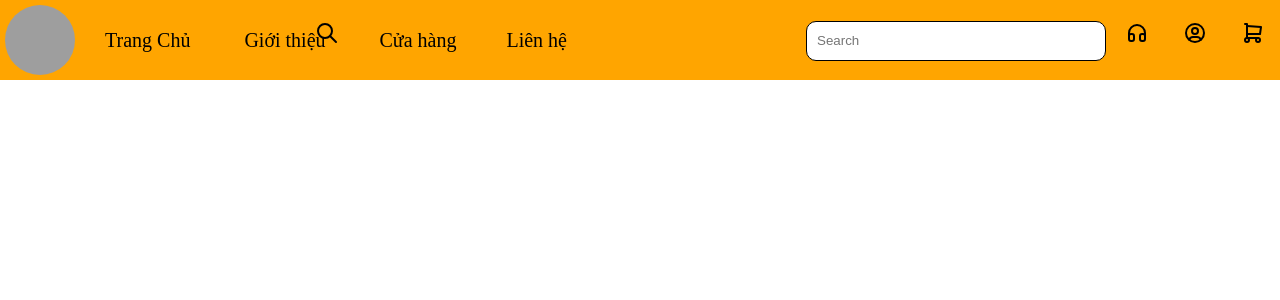
Repository: manhhieu120499/test-page
Page: index.html
An editor plug-in stored every save of this project. The page is shown before and after a run of saves, followed by the edit.
The browser window is 1280 px wide. The pictures show the whole page.
Pictures or frames that could not be fetched are drawn as grey boxes.

Above is the page before, as saved 2023-01-11 23:17:32.

After the next 2 saves:
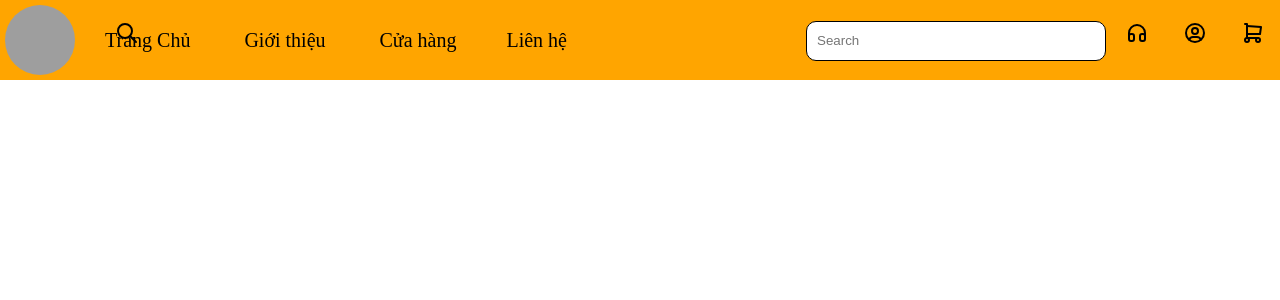
The 2 saves are shown as one change because they came seconds apart.
The last was saved 16 s later.
--- a/style.css
+++ b/style.css
@@ -54,5 +54,5 @@ input {
 
 .search {
     position: absolute;
-    left: 300px;
+    left: 100px;
 }
